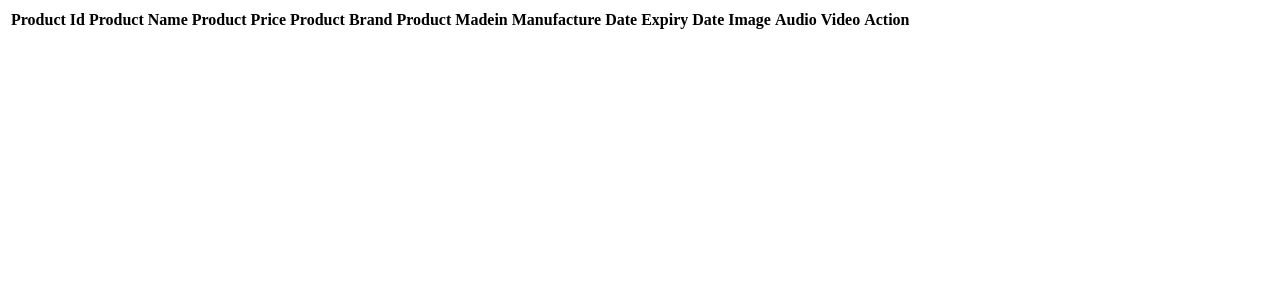
Repository: sivaprasadpk/adavpro
Page: http://localhost/LoginProjecct/BookDetails.jsp
An editor plug-in stored every save of this project. The page is shown before and after the next save, followed by the edit.
The browser window is 1280 px wide. The pictures show the whole page.
The page is served by Tomcat 9.

Above is the page before, as saved 2024-03-18 05:07:12.

After the next save:
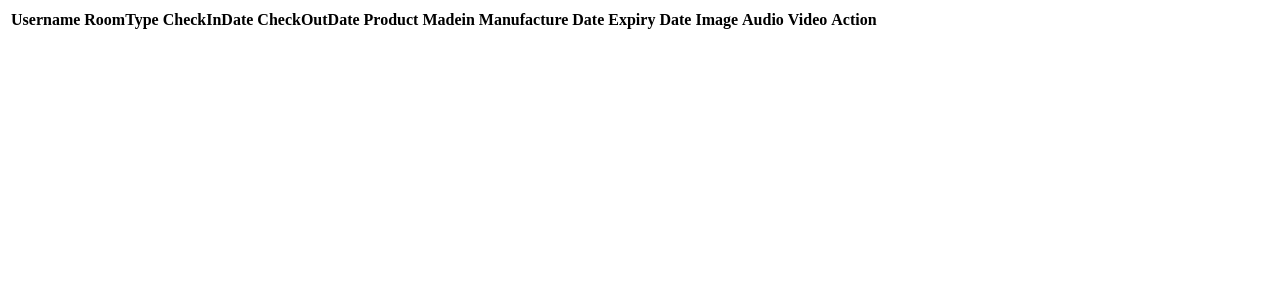
Saved 45 s later.
--- a/LoginProjecct/src/main/webapp/BookDetails.jsp
+++ b/LoginProjecct/src/main/webapp/BookDetails.jsp
@@ -13,10 +13,10 @@
 <table class="table table-bordered table-striped">
 		<thead class="thead-dark">
 			<tr>
-				<th>Product Id</th>
-				<th>Product Name</th>
-				<th>Product Price</th>
-				<th>Product Brand</th>
+				<th>Username</th>
+				<th>RoomType</th>
+				<th>CheckInDate</th>
+				<th>CheckOutDate</th>
 				<th>Product Madein</th>
 				<th>Manufacture Date</th>
 				<th>Expiry Date</th>
